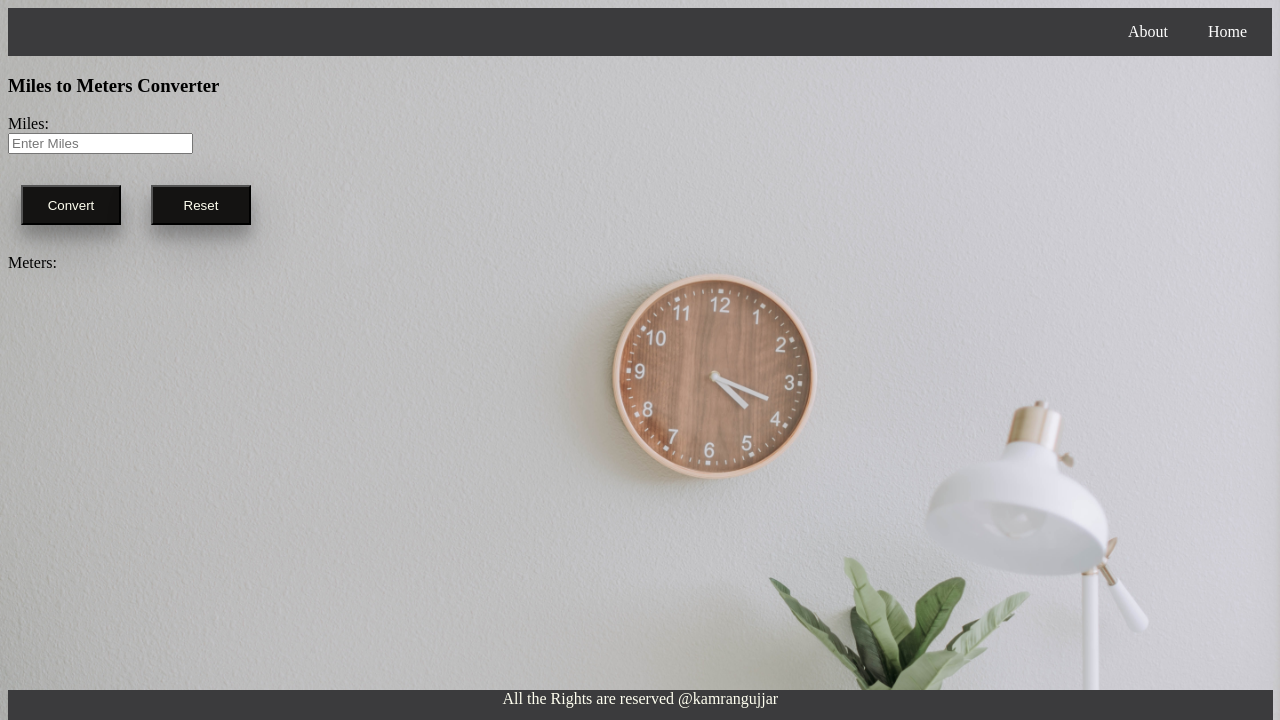
Repository: Kamrangujjar85112/Length-Converter
Page: html/mi_m.html
The author's editor kept a copy of each file at every save. The page is drawn from the files as they stood at one save, then again after the next save.
The browser window is 1280 px wide. The pictures show the whole page.

Above is the page before, as saved 2022-01-21 22:52:48.

### html/mi_m.html
<!-- miles to meters -->
<!DOCTYPE html>
<html lang="en">
<head>
    <meta charset="UTF-8">
    <meta http-equiv="X-UA-Compatible" content="IE=edge">
    <meta name="viewport" content="width=device-width, initial-scale=1.0">
    <title>MileMeters</title>
    <link rel="stylesheet" href="../css/style.css">
</head>
<body>
    <div class="container ">
        <div class="header">
            <nav>
                <ul class="nav-ul">
                    <li class="nav-li"><a href="home.html">Home</a></li>
                    <li class="nav-li"><a href="about.html">About</a></li>
                </ul>
            </nav>
        </div>
        <div class="box">
            <h3>Miles to Meters Converter</h3>

            <label>Miles:</label><br>
            <input type="number" id="milesToMeters" placeholder="Enter Miles" value=""><br><br>
            <button id="convert">Convert</button>
            <input type="reset" value="Reset" id="reset"><br>
            <p>Meters: <span id="miToM"></span></p>

    </div>
            <footer class="footer">
                <span>All the Rights are reserved @kamrangujjar</span>
              </footer>
    </div>
    <script src="../js/converter.js"></script>
</body>
</html>

### css/style.css
  body{
    background-image: url('backg.jpg');
    background-repeat: no-repeat;
    background-attachment: fixed;
    background-size: cover;

}
.aboutclass {
    background-color: ivory;
    list-style: none;
    margin: auto;
    width: 50%;
    padding-bottom: 30px;
    margin-bottom: 20px;
    color: #3F51B5;
}
.listFlex {
    display: flex;
    align-items: center;
    list-style: none;
}

img {
  width: 300px;
  height: 300px;
  padding-left: 150px;
}
.header{
    top: 0;
    width: 100%;
    margin: 0;
    position: relative;

}
.nav-ul{
    list-style-type: none;
    margin: 0;
    overflow: hidden;
    background: rgb(59, 59, 61);
  }

.nav-li {
    padding-right: 10px;
    float: right;
    align-items: inherit;
}

.nav-li a {
    display: block;
    color: rgb(255, 255, 255);
    text-align:center;
    padding: 15px 15px;
    text-decoration: none;
}
.link {
    list-style: none;
    text-align: left;
    align-items: left;
    margin: 10px;
    width: 300px;
}
.nav-li a:hover {
    background-color: #0ac577;
}
footer{
    bottom: 0;
    width: 98.8%;
    position: fixed;
    color: ivory;
    height: 30px;
    text-align: center;
    background: rgb(59, 59, 61);
}
button{
    width: 100%;
    height:40px;
    color: ivory;
    background-color: #141312;
    margin:13px;
    box-shadow: 0 12px 16px 0 rgba(0,0,0,0.24), 0 17px 50px 0 rgba(0,0,0,0.19);
}
#convert{
    width: 100px;
    height:40px;
    color: ivory;
    background-color: #141312;
    margin:13px;
    box-shadow: 0 12px 16px 0 rgba(0,0,0,0.24), 0 17px 50px 0 rgba(0,0,0,0.19);
}
#reset{
    width: 100px;
    height:40px;
    color: ivory;
    background-color: #141312;
    margin:13px;
    box-shadow: 0 12px 16px 0 rgba(0,0,0,0.24), 0 17px 50px 0 rgba(0,0,0,0.19);
}
.flex-container {
    margin-top: 50px;
    margin-left: 430px;
    display: flex;
    justify-content: center;
    align-items: center;
    height: 300px;
    width: 400px;
    background-color: rgb(218, 218, 226);
    text-align: center;
  }

### js/converter.js
const inputCmToMm = document.getElementById('centimetersToMilimeters');
const inputMiToKm = document.getElementById('milesToKilometers');
const inputMToCm = document.getElementById('metersToCentimeters');
const inputCmToKm = document.getElementById('centimetersToKilometers');
const inputKmToM = document.getElementById('kilometersToMeters');
const inputMiToM = document.getElementById('milesToMeters');
const inputFValue = document.getElementById('firstValue');
const inputSValue = document.getElementById('secondValue');
const p = document.getElementById('percent');
const convert = document.getElementById('convert');
const reset = document.getElementById('reset');



// // Converter
// centimeters To kilometers
convert?.addEventListener('click', function converter(){

if(inputCmToKm?.value){
    const Km2 = inputCmToKm?.value / 100000;
    document.getElementById('cmToKm').innerHTML = inputCmToKm?.value +' Centimeters are equal to ' +Km2 + ' Kilometers';
}
// centimeters To Milimeters
if(inputCmToMm?.value){
    const Mm = inputCmToMm?.value * 10;
    document.getElementById('cmToMm').innerHTML = inputCmToMm?.value +' Centimeters are equal to ' +Mm + ' Milimeters';
}
// Miles to kilometers
if(inputMiToKm?.value){
    const Km1 = inputMiToKm?.value * 1.609;
    document.getElementById('miToKm').innerHTML = inputMiToKm?.value +' Miles are equal to ' +Km1 + ' Kilometers';
}
// Meters to Centimeters
if(inputMToCm?.value){
    const Cm1 = inputMToCm?.value * 100;
    document.getElementById('mToCm').innerHTML = inputMToCm?.value +' Meters are equal to ' +Cm1 + ' Centimeters';
}
// kilometers To meters
if(inputKmToM?.value){
    const M1 = inputKmToM?.value * 1000;
    document.getElementById('kmToM').innerHTML = inputKmToM?.value +' Kilometers are equal to ' +M1 + ' Meters';
}
// Miles To meters
if(inputMiToM?.value){
    const M2 = inputMiToM?.value * 1609;
    document.getElementById('miToM').innerHTML = inputMiToM?.value +' Miles are equal to ' +M2 + ' Meters';
}
// percentage
if(inputFValue?.value || inputSValue?.value){
    const fValue = inputFValue?.value;
    const sValue = inputSValue?.value;
    const p = fValue * 100 / sValue;
    document.getElementById('percent').innerHTML = 'The Percentage of ' + fValue +' in ' +sValue + ' is ' + p ;
}
});

// // reset

reset?.addEventListener('click', function reset(){

// centimeters To kilometers
if(inputCmToKm?.value){
document.getElementById('centimetersToKilometers').value = "";
document.getElementById('cmToKm').innerHTML = "";
}
// centimeters To Milimeters
if(inputCmToMm?.value){
    document.getElementById('centimetersToMilimeters').value= "";
    document.getElementById('cmToMm').innerHTML = "";
}
// Miles to kilometers
if(inputMiToKm?.value){
    document.getElementById('milesToKilometers').value = "";
    document.getElementById('miToKm').innerHTML = "";
}
// Meters to Centimeters
if(inputMToCm?.value){
    document.getElementById('metersToCentimeters').value = "";
    document.getElementById('mToCm').innerHTML = "";
}
// kilometers To meters
if(inputKmToM?.value){
    document.getElementById('kilometersToMeters').value = "";
    document.getElementById('kmToM').innerHTML = "";
}
// Miles To Meters
if(inputMiToM?.value){
    document.getElementById('milesToMeters').value = "";
    document.getElementById('miToM').innerHTML = "";
}
// percentage
if(inputFValue?.value || inputSValue?.value){
    document.getElementById('firstValue').value = "";
    document.getElementById('secondValue').value = "";
    document.getElementById('percent').innerHTML = "";
}
});

After the next save:
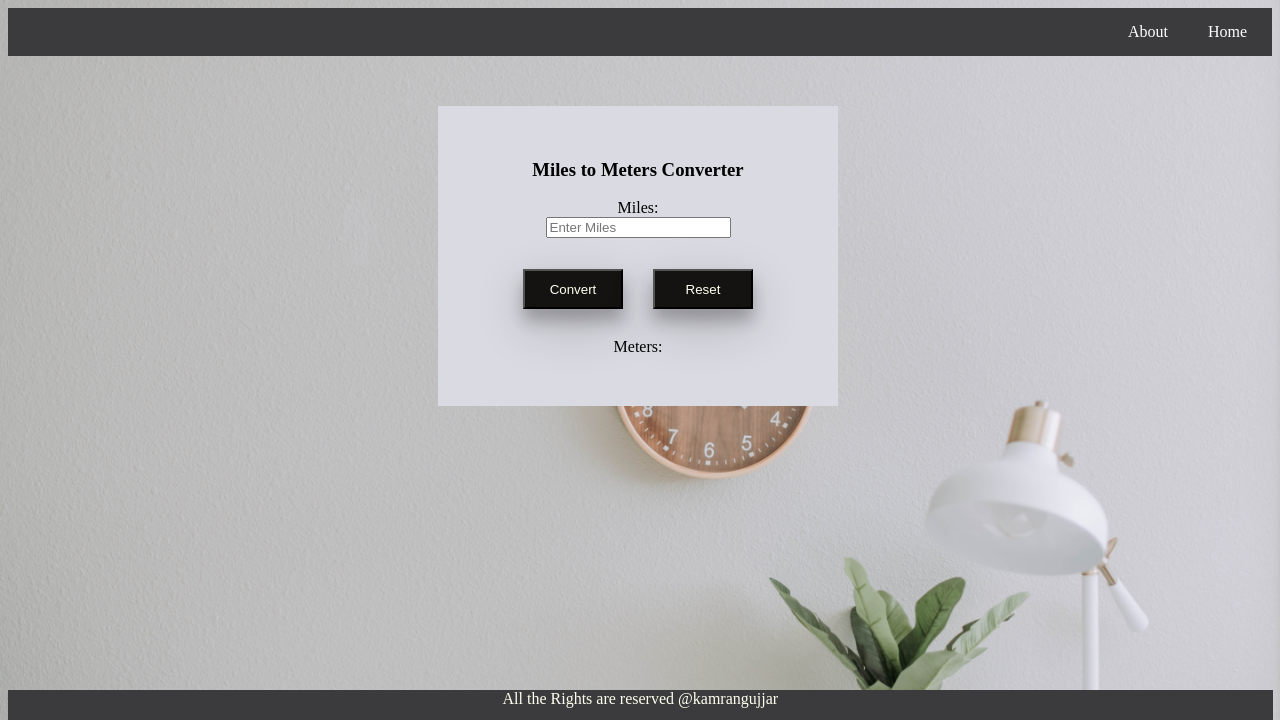
Saved 65 s later.
--- a/html/mi_m.html
+++ b/html/mi_m.html
@@ -18,14 +18,16 @@
                 </ul>
             </nav>
         </div>
-        <div class="box">
-            <h3>Miles to Meters Converter</h3>
+        <div class="flex-container">
+            <div>
+                <h3>Miles to Meters Converter</h3>
 
             <label>Miles:</label><br>
             <input type="number" id="milesToMeters" placeholder="Enter Miles" value=""><br><br>
             <button id="convert">Convert</button>
             <input type="reset" value="Reset" id="reset"><br>
             <p>Meters: <span id="miToM"></span></p>
+            </div>
 
     </div>
             <footer class="footer">
